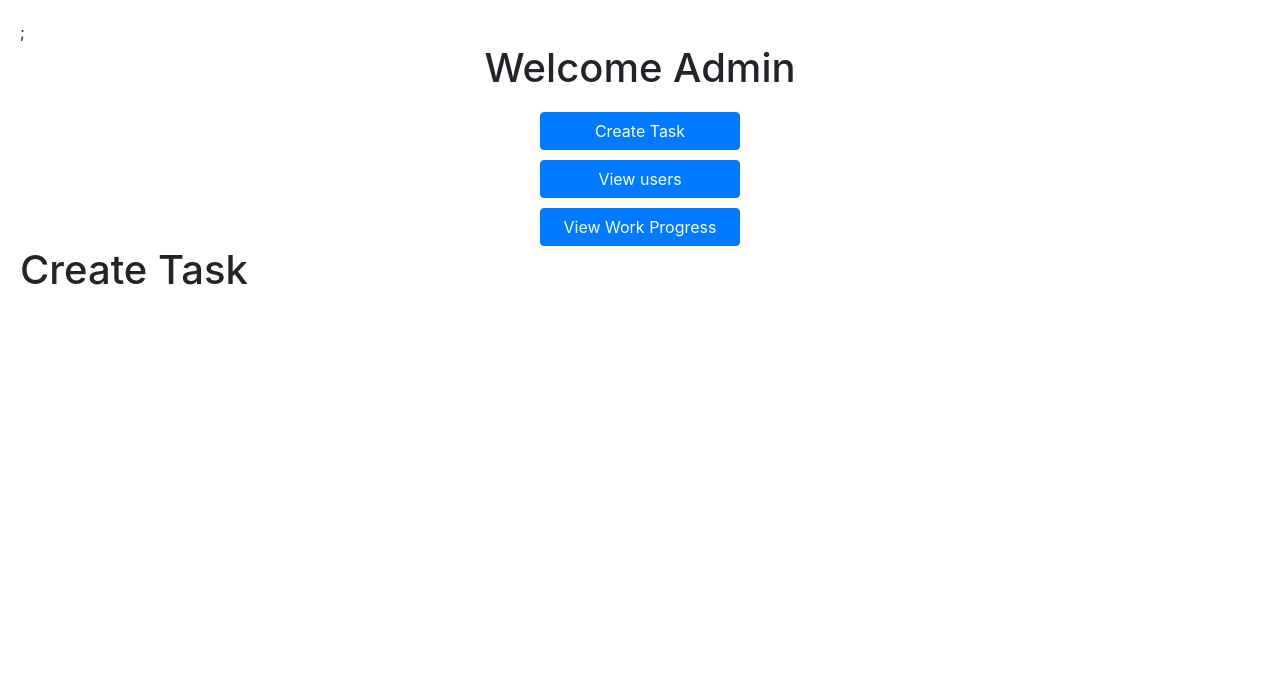
Repository: neha-rouniyar/taskmgmt
Page: http://localhost/admin/create-task
These files come from the project's save history. The page is drawn as it stood at one moment and after a run of saves; the edit follows.
The browser window is 1280 px wide. The pictures show the whole page.
Some web libraries are served in a nearby version. The page is served by the project's Laravel application, run on PHP 8.4 with Laravel 10.

Above is the page before, as saved 2023-12-11 15:15:24.

After the next 2 saves:
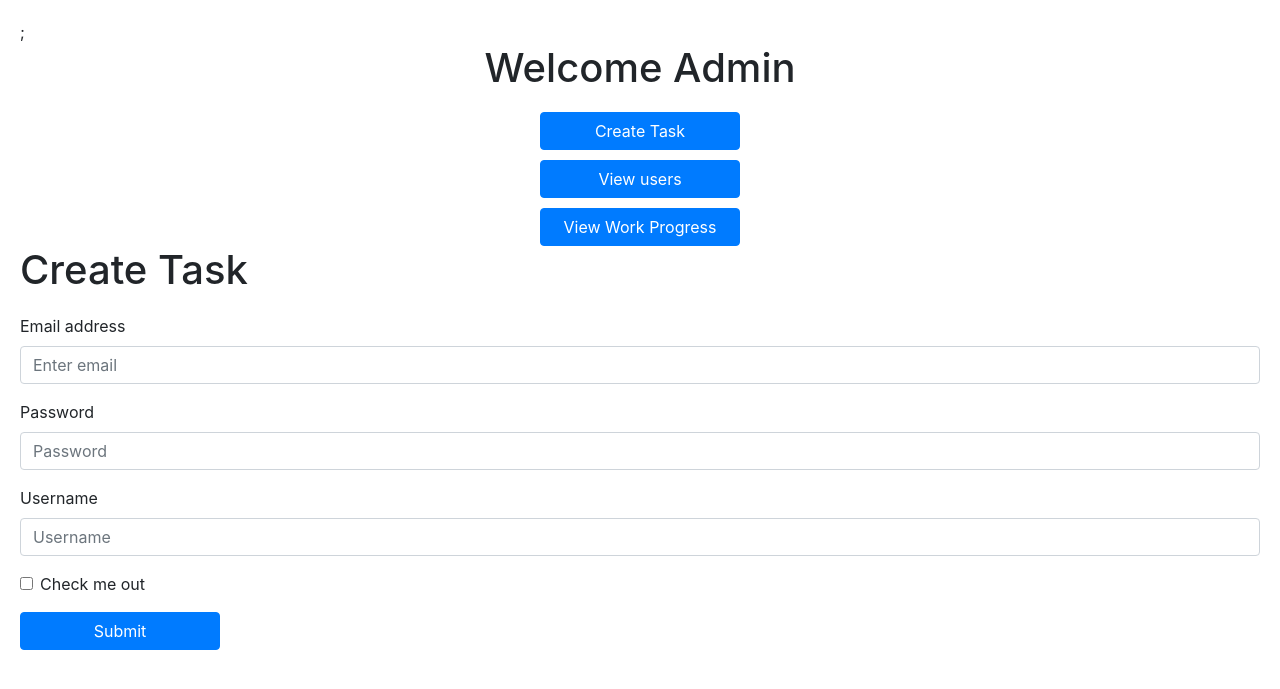
The 2 saves are shown as one change because they came seconds apart.
The last was saved 18 s later.
--- a/resources/views/admin/task/create.blade.php
+++ b/resources/views/admin/task/create.blade.php
@@ -2,6 +2,25 @@
 @section('admin-content')
 
 <h1>Create Task</h1>
-
+<form action="}" method="POST">
+    @csrf
+      <div class="form-group">
+        <label for="exampleInputEmail1">Email address</label>
+        <input type="text" name="email" class="form-control" id="exampleInputEmail1" aria-describedby="emailHelp" placeholder="Enter email" required>
+      </div>
+      <div class="form-group">
+        <label for="exampleInputPassword1">Password</label>
+        <input type="password" name="password" class="form-control" id="exampleInputPassword1" placeholder="Password" required>
+      </div>
+      <div class="form-group">
+          <label for="exampleInputPassword1">Username</label>
+          <input type="text" name="username" class="form-control" id="exampleInputPassword1" placeholder="Username" required>
+        </div>
+      <div class="form-group form-check">
+        <input type="checkbox" class="form-check-input" id="exampleCheck1">
+        <label class="form-check-label" for="exampleCheck1">Check me out</label>
+      </div>
+      <button type="submit" class="btn btn-primary">Submit</button>
+    </form>
 
 @endsection
